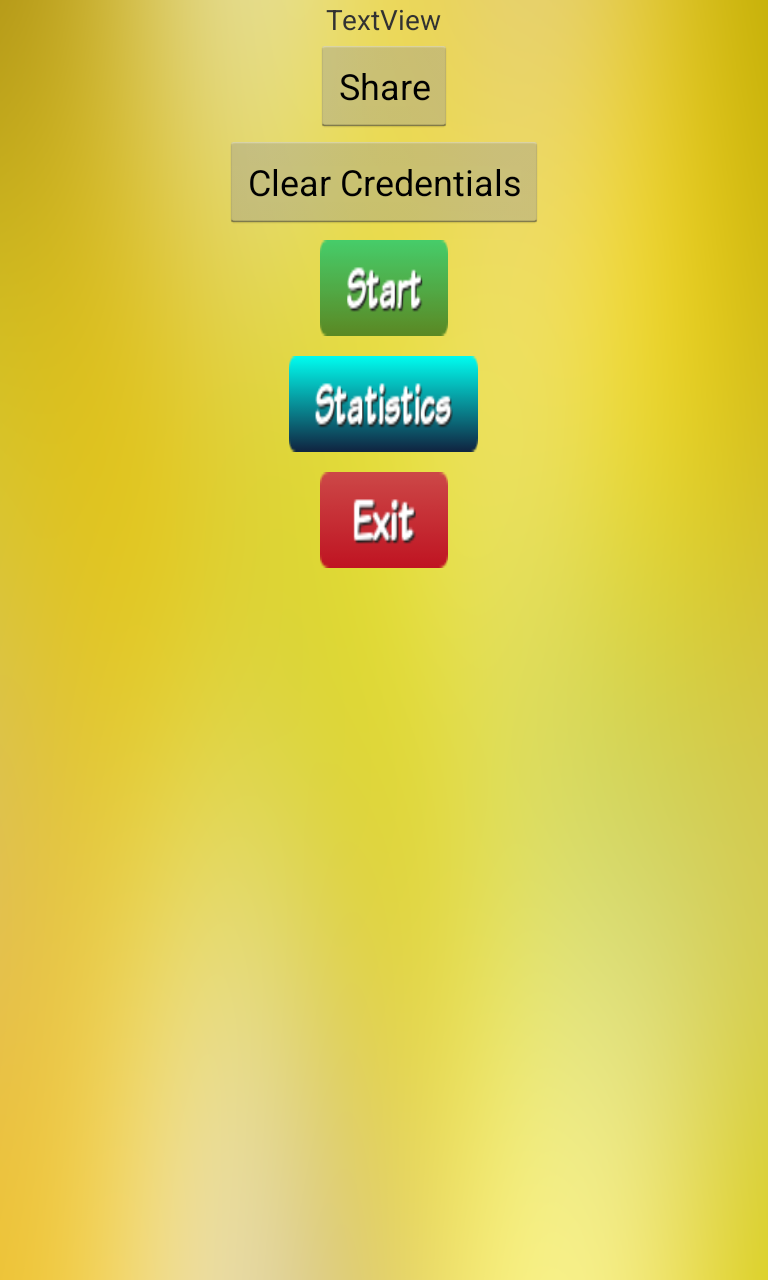
Repository: kingstonbg/workspaceAndroid
Layout: TaxiRoute/res/layout/activity_main_menu.xml
The author's editor kept a copy of each file at every save. The layout is drawn from the files as they stood at one save, then again after the next save.
It is drawn on a 768 x 1280 px phone screen (xhdpi) without system bars, with theme AppTheme; the app's code is not run.

Above is the layout before, as saved 2013-02-18 14:40:56.

### TaxiRoute/res/layout/activity_main_menu.xml
<?xml version="1.0" encoding="utf-8"?>
<LinearLayout xmlns:android="http://schemas.android.com/apk/res/android"
    android:layout_width="match_parent"
    android:layout_height="match_parent"
    android:background="@drawable/bgtest"
    android:gravity="center_horizontal"
    android:orientation="vertical" >

    <TextView
        android:id="@+id/login_status"
        android:layout_width="wrap_content"
        android:layout_height="wrap_content"
        android:text="TextView" />

    <Button
        android:id="@+id/share"
        android:layout_width="wrap_content"
        android:layout_height="wrap_content"
        android:text="Share" />

    <Button
        android:id="@+id/btn_clear_credentials"
        android:layout_width="wrap_content"
        android:layout_height="wrap_content"
        android:text="Clear Credentials" />

    <Button
        android:id="@+id/buttonStart"
        android:layout_width="wrap_content"
        android:layout_height="wrap_content"
        android:layout_margin="5dp"
        android:background="@drawable/buttonstart" />


    <Button
        android:id="@+id/buttonStatistics"
        android:layout_width="wrap_content"
        android:layout_height="wrap_content"
        android:layout_margin="5dp"
        android:background="@drawable/buttonstatistics" />


    <Button
        android:id="@+id/buttonExit"
        android:layout_width="wrap_content"
        android:layout_height="wrap_content"
        android:layout_marginTop="5dp"
        android:background="@drawable/buttonexit" />

</LinearLayout>

Loaded but not shown: TaxiRoute/res/values/styles.xml (common file); TaxiRoute/res/values-v11/styles.xml (common file); TaxiRoute/res/values-v14/styles.xml (common file)

After the next save:
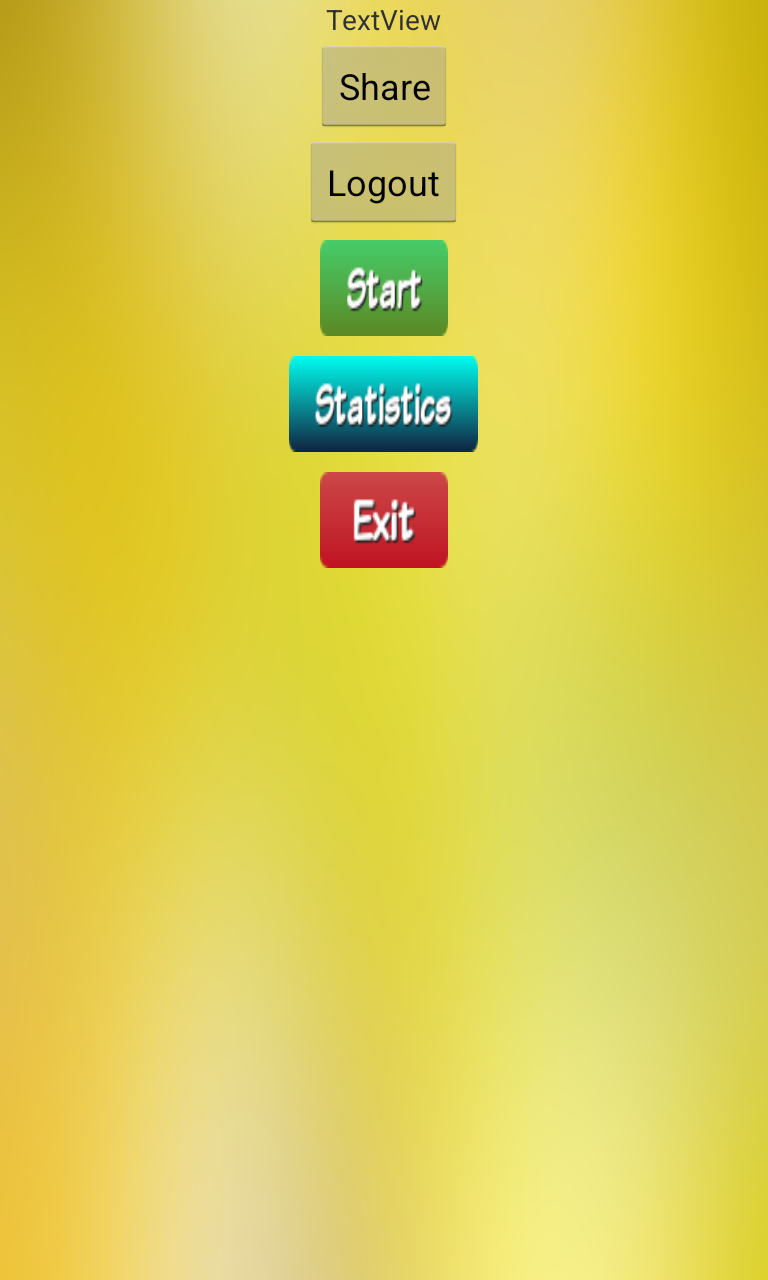
Saved 24 s later.
--- a/TaxiRoute/res/layout/activity_main_menu.xml
+++ b/TaxiRoute/res/layout/activity_main_menu.xml
@@ -22,7 +22,7 @@
         android:id="@+id/btn_clear_credentials"
         android:layout_width="wrap_content"
         android:layout_height="wrap_content"
-        android:text="Clear Credentials" />
+        android:text="Logout" />
 
     <Button
         android:id="@+id/buttonStart"
